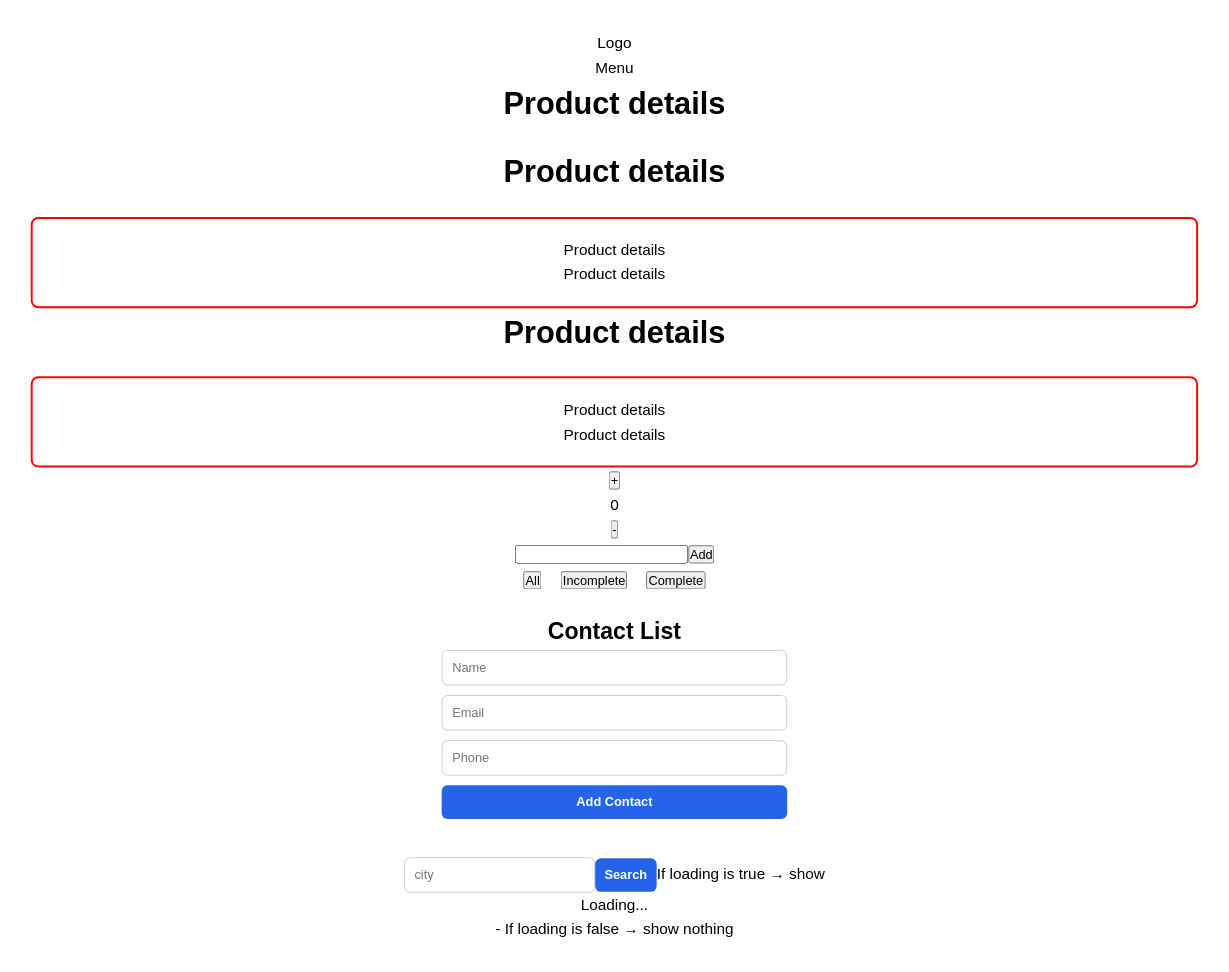
Repository: Manny1294/react-learning
Page: /
The author's editor kept a copy of each file at every save. The page is drawn from the files as they stood at one save, then again after the next save.
The browser window is 1280 px wide. The pictures show the whole page, at 96% of full size.
The project was rebuilt for these pictures with package versions that can differ from the ones it lists, and the page was loaded fresh each time. Also part of the build but not shown: vite.config.js, src/components/Toggle.jsx, src/components/UserList.jsx.

Above is the page before, as saved 2026-02-04 15:15:47.

### index.html
<!doctype html>
<html lang="en">
  <head>
    <meta charset="UTF-8" />
    <link rel="icon" type="image/svg+xml" href="/vite.svg" />
    <meta name="viewport" content="width=device-width, initial-scale=1.0" />
    <title>my-react-lesson</title>
  </head>
  <body>
    <div id="root"></div>
    <script type="module" src="/src/main.jsx"></script>
  </body>
</html>

### src/index.css
* {
  margin: 0;
  padding: 0;
  box-sizing: border-box;
}

body {
  font-family: Arial, Helvetica, sans-serif;
  line-height: 1.6;
}

### src/App.jsx
import "./App.css";
import ProductCard from "./components/ProductCard";
import NavBar from "./components/NavBar";
import PerfumeImg from "./assets/perfume.jpg";
import Counter from "./components/Counter";
import Todos from "./components/TodoList";
import Toggle from "./components/Toggle";
import ContactList from "./components/ContactList";
import UserList from "./components/UserList";
import WeatherApp from "./components/WeatherApp";

export default function App() {
  const Product = {
    name: "beans",
    price: "200",
    image: PerfumeImg,
    description: "Nigerian-made long grain rice",
  };
  const Product2 = {
    name: "orange",
    price: "700",
    image: PerfumeImg,
    description: "home made orange",
  };
  return (
    <div>
      <NavBar />
      <h1 style={{ marginBottom: "20px" }}>Product details</h1>
      <ProductCard
        name={Product.name}
        price={Product.price}
        image={Product.image}
        description={Product.description}
      />
      <ProductCard
        name={Product2.name}
        price={Product2.price}
        image={Product2.image}
        description={Product2.description}
      />
      <Counter />
      <Todos />
      {/* <Toggle /> */}
      <ContactList />
      {/* <UserList /> */}
      <WeatherApp />
    </div>
  );
}

// export default App;

### src/components/ProductCard.jsx
import "./ProductCard.css";

function ProductCard() {
  return (
    <>
      <h1 style={{ marginBottom: "20px" }}>Product details</h1>
      <div className="card">
        {/* left- pictures */}
        <div>
          <p>Product details</p>
        </div>
        <div>
          <p>Product details</p>
        </div>
      </div>
    </>
  );
}

export default ProductCard;

### src/components/NavBar.jsx
export default function NavBar() {
  return (
    <div>
      <div>
        <p>Logo</p>
      </div>
      <div>
        <p>Menu</p>
      </div>
    </div>
  );
}

### src/components/Counter.jsx
import { useState } from "react";
export default function Counter() {
  const [count, setCount] = useState(0);

  function increaseCount() {
    setCount(count + 1);
  }

  function decreaseCount() {
    if (count > 0) {
      setCount(count - 1);
    }
  }
  return (
    <>
      <button onClick={increaseCount}>+</button>
      <p>{count}</p>
      <button onClick={decreaseCount}>-</button>
    </>
  );
}

### src/components/TodoList.jsx
import { useState } from "react";

export default function Todos() {
  const [todos, setTodos] = useState([]);
  // to track changes when typing in the input textbox
  const [input, setInput] = useState("");

  const [filter, setFilter] = useState("all");

  // to add todo item to the todos object array and clear the input to an empty string afterwards
  function addTodos() {
    setTodos([...todos, { text: input, completed: false }]);
    setInput("");
  }

  // to delete each todo item by filtering through the index
  function deleteTodo(index) {
    setTodos(todos.filter((_, i) => i !== index));
  }

  // to strike through a completed todo item using the index as identifier
  function toggleComplete(index) {
    setTodos(
      todos.map((todo, i) =>
        // confirm if it's the todo we click on and change status if not leave as it is
        i === index ? { ...todo, completed: !todo.completed } : todo,
      ),
    );
  }

  // logic to filter the todos based on their status
  let filteredTodos;
  if (filter === "all") {
    filteredTodos = todos;
  } else if (filter === "complete") {
    filteredTodos = todos.filter((todo) => todo.completed === true);
  } else if (filter === "incomplete") {
    filteredTodos = todos.filter((todo) => todo.completed === false);
  }

  return (
    <>
      <div>
        <input
          type="text"
          value={input}
          onChange={(event) => {
            console.log("Typing:", event.target.value);
            setInput(event.target.value);
          }}
        ></input>

        <button onClick={addTodos}>Add</button>
        <div
          style={{
            display: "flex",
            gap: "20px",
            alignItems: "center",
            justifyContent: "center",
            margin: "5px",
          }}
        >
          {/* buttons to filter the different starus of todo. items */}
          <button onClick={() => setFilter("all")}>All</button>
          <button onClick={() => setFilter("incomplete")}>Incomplete</button>
          <button onClick={() => setFilter("complete")}>Complete</button>
        </div>

        {/* conditional rendering */}
        {filteredTodos.map((todo, index) => (
          <li
            key={index}
            onClick={() => toggleComplete(index)}
            style={{
              textDecoration: todo.completed ? "line-through" : "none",
              color: todo.completed ? "red" : "black",
              cursor: "pointer",
            }}
          >
            {todo.text}
            <button
              onClick={(e) => {
                e.stopPropagation();
                deleteTodo(index);
              }}
            >
              Delete
            </button>
          </li>
        ))}
      </div>
    </>
  );
}

### src/components/ContactList.jsx
import { useState } from "react";

export default function ContactList() {
  // store all contacts in an array list
  const [contacts, setContacts] = useState([]);

  // Object to track what the user is currently typing in each input field
  const [input, setInput] = useState({ name: "", email: "", phone: "" });

  //   to spread the existing contacts and add the new entry amd also clear the input after adding new entry
  function addContact() {
    setContacts([...contacts, input]);
    setInput({ name: "", email: "", phone: "" });
  }

  return (
    <>
      <div style={{ padding: "20px", maxWidth: "400px", margin: "0 auto" }}>
        <h2>Contact List</h2>

        <div style={{ display: "flex", flexDirection: "column", gap: "10px" }}>
          <input
            type="text"
            placeholder="Name"
            value={input.name}
            onChange={(event) =>
              // when user types, spread existing input object and only update the name property
              setInput({ ...input, name: event.target.value })
            }
            style={{
              padding: "10px",
              borderRadius: "6px",
              border: "1px solid #ccc",
            }}
          />

          <input
            type="text"
            placeholder="Email"
            value={input.email}
            onChange={(event) =>
              setInput({ ...input, email: event.target.value })
            }
            style={{
              padding: "10px",
              borderRadius: "6px",
              border: "1px solid #ccc",
            }}
          />

          <input
            type="number"
            placeholder="Phone"
            value={input.phone}
            onChange={(event) =>
              setInput({ ...input, phone: event.target.value })
            }
            style={{
              padding: "10px",
              borderRadius: "6px",
              border: "1px solid #ccc",
            }}
          />

          <button
            onClick={addContact}
            style={{
              padding: "10px",
              background: "#2563eb",
              color: "white",
              border: "none",
              borderRadius: "6px",
              cursor: "pointer",
              fontWeight: "600",
            }}
          >
            Add Contact
          </button>
        </div>

        {/* Display contacts */}
        <ul style={{ listStyle: "none", marginTop: "20px", padding: 0 }}>
          {contacts.map((contact, index) => (
            <li
              key={index}
              style={{
                border: "1px solid #e0e0e0",
                borderRadius: "8px",
                padding: "12px",
                marginBottom: "10px",
                display: "flex",
                justifyContent: "space-between",
                alignItems: "center",
              }}
            >
              <div>
                <p style={{ margin: "4px 0", fontWeight: "600" }}>
                  {contact.name}
                </p>

                <p style={{ margin: "4px 0", color: "#666", fontSize: "14px" }}>
                  {contact.email}
                </p>

                <p style={{ margin: "4px 0", color: "#666", fontSize: "14px" }}>
                  {contact.phone}
                </p>
              </div>

              <button
                onClick={() =>
                  setContacts(contacts.filter((_, i) => i !== index))
                }
                style={{
                  background: "#ef4444",
                  color: "white",
                  border: "none",
                  borderRadius: "6px",
                  padding: "6px 12px",
                  cursor: "pointer",
                }}
              >
                Delete
              </button>
            </li>
          ))}
        </ul>
      </div>
    </>
  );
}

### src/components/WeatherApp.jsx
import { useState } from "react";
import axios from "axios";

export default function WeatherApp() {
  //  state for weather, city, loading
  const [weather, setWeather] = useState(null); // an object -null until i fetch
  const [city, setCity] = useState(""); // a string
  const [loading, setLoading] = useState(false);

  function fetchWeather() {
    setLoading(true);
    axios
      .get(
        `https://api.openweathermap.org/data/2.5/weather?q=${city}&APPID=8c99ea5adb81765db0a5e24e8cdedc69`,
      )
      .then((res) => {
        setWeather(res.data);
        setLoading(false);
      });
  }

  return (
    <>
      <input
        type="text"
        value={city}
        placeholder="city"
        onChange={(event) => {
          console.log("Typing:", event.target.value);
          setCity(event.target.value);
        }}
        style={{
          padding: "10px",
          borderRadius: "6px",
          border: "1px solid #ccc",
        }}
      />

      <button
        onClick={fetchWeather}
        style={{
          padding: "10px",
          background: "#2563eb",
          color: "white",
          border: "none",
          borderRadius: "6px",
          cursor: "pointer",
          fontWeight: "600",
        }}
      >
        Search
      </button>
      <>
        If loading is true → show <p>Loading...</p>- If loading is false → show
        nothing
        {loading && <p>Loading...</p>}
        {weather && (
          <div>
            <p>City: {weather.name}</p>
            <p>Temp: {weather.main.temp}°C</p>
            <p>Description: {weather.weather[0].id}</p>
          </div>
        )}
      </>
    </>
  );
}

### src/components/ProductCard.css
.card {
  border: 2px solid hsl(0, 100%, 50%);
  padding: 20px;
  border-radius: 8px;
}

Loaded but not shown: src/main.jsx (common file); src/App.css (common file)

After the next save:
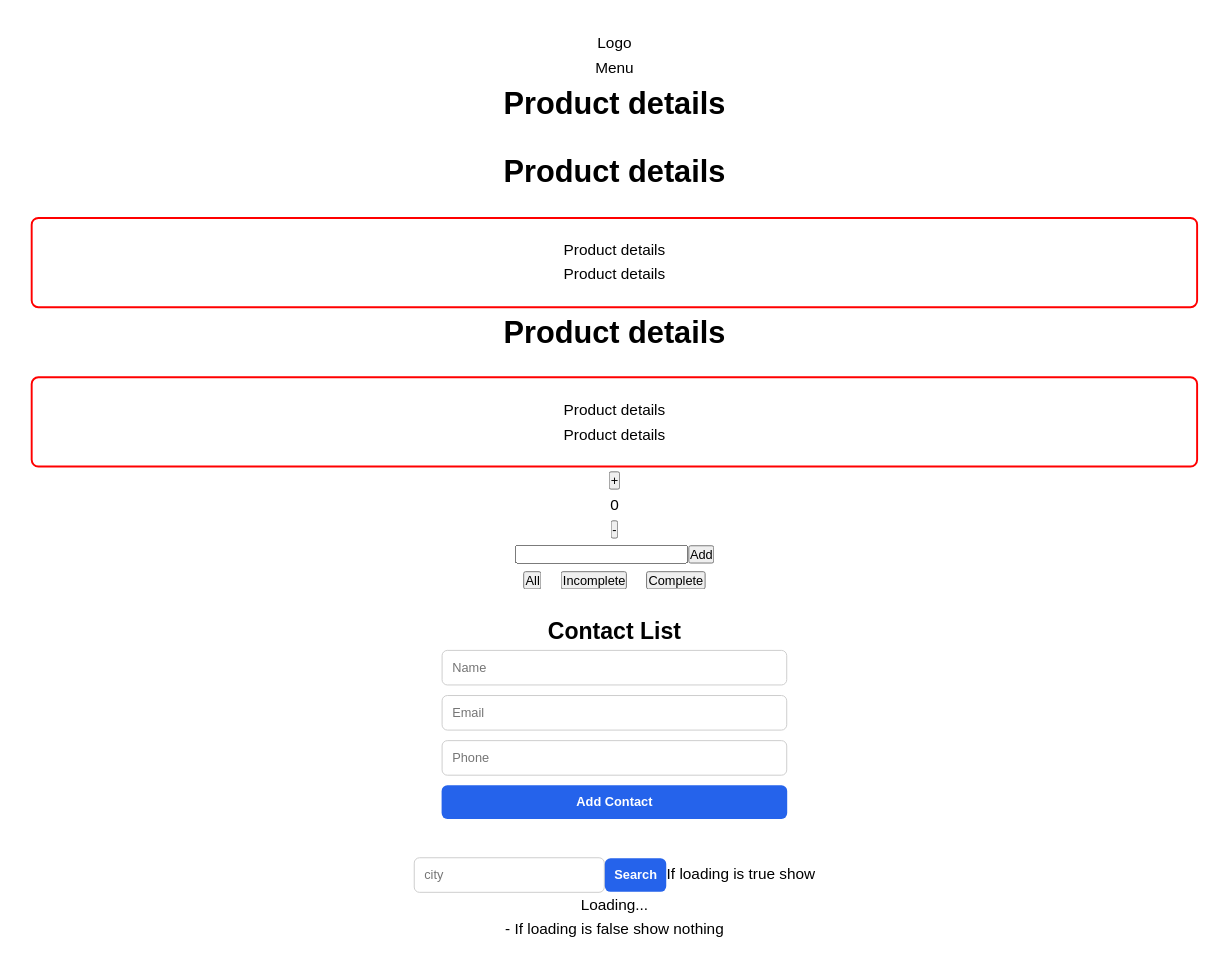
Saved 8 min 2 s later.
--- a/src/components/WeatherApp.jsx
+++ b/src/components/WeatherApp.jsx
@@ -35,7 +35,6 @@ export default function WeatherApp() {
           border: "1px solid #ccc",
         }}
       />
-
       <button
         onClick={fetchWeather}
         style={{
@@ -50,18 +49,18 @@ export default function WeatherApp() {
       >
         Search
       </button>
-      <>
-        If loading is true → show <p>Loading...</p>- If loading is false → show
-        nothing
-        {loading && <p>Loading...</p>}
-        {weather && (
-          <div>
-            <p>City: {weather.name}</p>
-            <p>Temp: {weather.main.temp}°C</p>
-            <p>Description: {weather.weather[0].id}</p>
-          </div>
-        )}
-      </>
+      If loading is true show <p>Loading...</p>- If loading is false show
+      nothing
+      {loading && <p>Loading...</p>}
+      {weather && (
+        <div>
+          <p>City: {weather.name}</p>
+          <p>Temp: {weather.main.temp}°C</p>
+
+          {/* weather.weather is an ARRAY (can have multiple conditions)[0] gets the first item in that array .description accesses the description property */}
+          <p>Description: {weather.weather[0].id}</p>
+        </div>
+      )}
     </>
   );
 }
